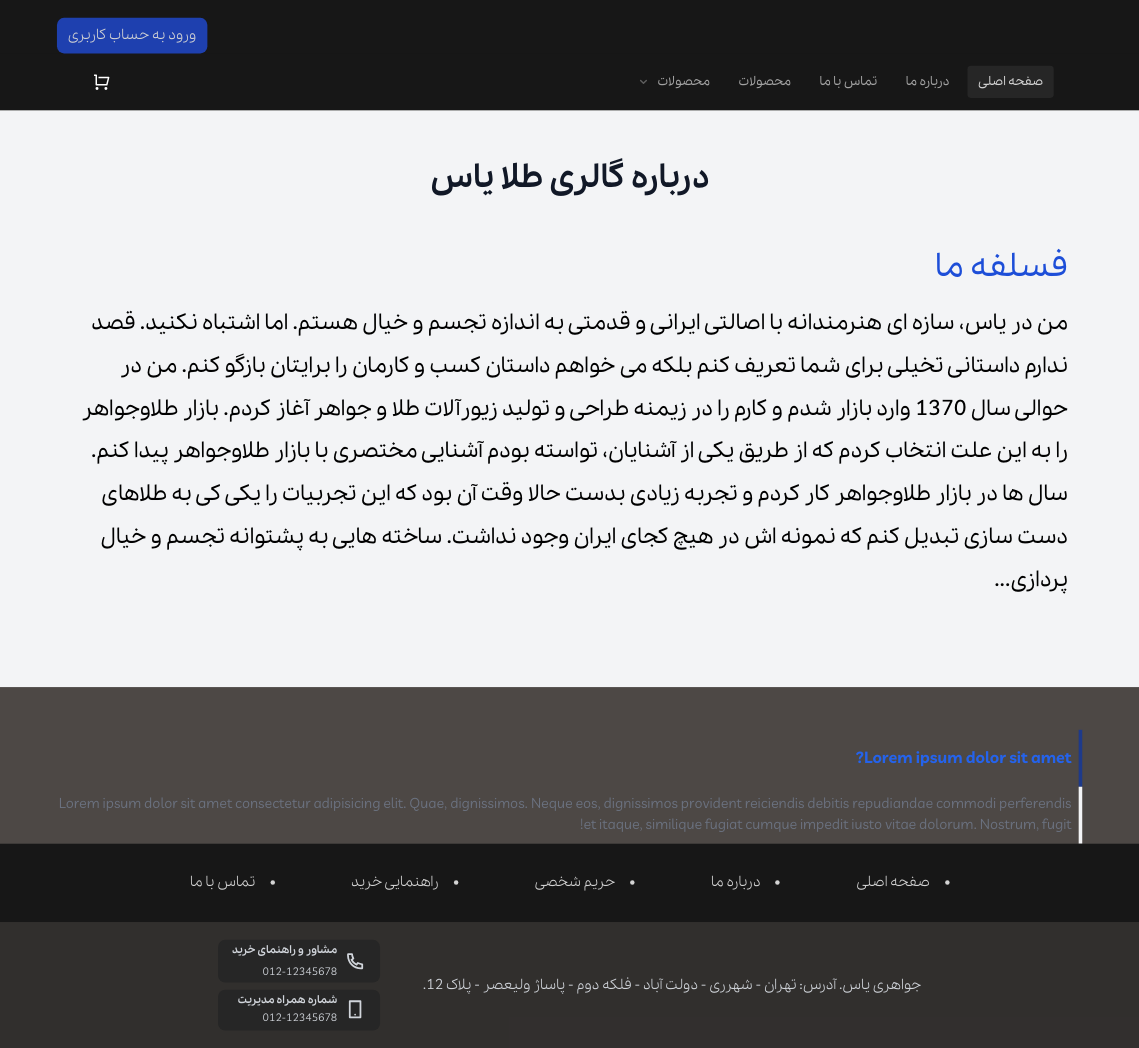
Repository: aliakbarmotallebi/yasgoldgallery-ui
Page: /about
The author's editor kept a copy of each file at every save. The page is drawn from the files as they stood at one save, then again after the next save.
The browser window is 1280 px wide. The pictures show the whole page, at 89% of full size.
The project was rebuilt for these pictures with package versions that can differ from the ones it lists, and the page was loaded fresh each time. Also part of the build but not shown: src/components/Brands.jsx, src/components/GridImages.js, src/components/SpecialComments.jsx, src/components/CardProduct.jsx, src/components/SpecialProducts.jsx, src/components/SuggestedProducts.jsx, src/pages/HomePage.jsx, src/pages/NotFound.jsx and 4 more.

Above is the page before, as saved 2023-01-16 12:19:26.

### public/index.html
<!DOCTYPE html>
<html lang="en" dir="rtl">
  <head>
    <meta charset="utf-8" />
    <link rel="icon" href="%PUBLIC_URL%/favicon.ico" />
    <meta name="viewport" content="width=device-width, initial-scale=1" />
    <meta name="theme-color" content="#000000" />
    <meta
      name="description"
      content="Web site created using create-react-app"
    />
    <link rel="apple-touch-icon" href="%PUBLIC_URL%/logo192.png" />
    <!--
      manifest.json provides metadata used when your web app is installed on a
      user's mobile device or desktop. See https://developers.google.com/web/fundamentals/web-app-manifest/
    -->
    <link rel="manifest" href="%PUBLIC_URL%/manifest.json" />
    <!--
      Notice the use of %PUBLIC_URL% in the tags above.
      It will be replaced with the URL of the `public` folder during the build.
      Only files inside the `public` folder can be referenced from the HTML.

      Unlike "/favicon.ico" or "favicon.ico", "%PUBLIC_URL%/favicon.ico" will
      work correctly both with client-side routing and a non-root public URL.
      Learn how to configure a non-root public URL by running `npm run build`.
    -->
    <title>گالری یاس</title>
  </head>
  <body>
    <noscript>You need to enable JavaScript to run this app.</noscript>
    <div id="root"></div>
    <!--
      This HTML file is a template.
      If you open it directly in the browser, you will see an empty page.

      You can add webfonts, meta tags, or analytics to this file.
      The build step will place the bundled scripts into the <body> tag.

      To begin the development, run `npm start` or `yarn start`.
      To create a production bundle, use `npm run build` or `yarn build`.
    -->
  </body>
</html>

### src/index.js
import React from 'react';
import ReactDOM from 'react-dom/client';
import './assets/styles/index.css';
import App from './App';

const root = ReactDOM.createRoot(document.getElementById('root'));
root.render(
  <React.StrictMode>
    <App />
  </React.StrictMode>
);

### src/assets/styles/index.css
@import "./fonts.css";
@tailwind base;
@tailwind components;
@tailwind utilities;


@layer base {
    body {
        @apply font-pelak;
    }
}

### src/App.js
import RouterFunction from "./Router";

function App() {
    //cart
    return (
        <RouterFunction />
    );
}
export default App;

### src/assets/styles/fonts.css
@font-face {
    /* Pelak Thin */
    font-family: "Pelak";
    font-style: normal;
    font-weight: 100;

    src:url('../fonts/pelak/eot/Pelak-Thin.eot'); /* IE9 Compat Modes */
    src:url('../fonts/pelak/eot/Pelak-Thin.eot?#iefix') format('embedded-opentype'), /* IE6-IE8 */
    url('../fonts/pelak/woff2/Pelak-Thin.woff2') format('woff2'), /* Super Modern Browsers */
    url('../fonts/pelak/woff/Pelak-Thin.woff') format('woff'), /* Pretty Modern Browsers */
    url('../fonts/pelak/ttf/Pelak-Thin.ttf') format('truetype'), /* Safari, Android, iOS */
    url('../fonts/pelak/otf/Pelak-Thin.otf') format('opentype');
}

@font-face {
    /* Pelak Light */
    font-family: "Pelak";
    font-style: normal;
    font-weight: 200;

    src:url('../fonts/pelak/eot/Pelak-light.eot');
    src:url('../fonts/pelak/eot/Pelak-light.eot') format('embedded-opentype'),
    url('../fonts/pelak/woff2/Pelak-light.woff2') format('woff2'),
    url('../fonts/pelak/woff/Pelak-light.woff') format('woff'),
    url('../fonts/pelak/ttf/Pelak-light.ttf') format('truetype'),
    url('../fonts/pelak/otf/Pelak-light.otf') format('opentype');
}

@font-face {
    /* Pelak Regular */
    font-family: "Pelak";
    font-style: normal;
    font-weight: 400;

    src:url('../fonts/pelak/eot/Pelak-Regular.eot');
    src:url('../fonts/pelak/eot/Pelak-Regular.eot') format('embedded-opentype'),
    url('../fonts/pelak/woff2/Pelak-Regular.woff2') format('woff2'),
    url('../fonts/pelak/woff/Pelak-Regular.woff') format('woff'),
    url('../fonts/pelak/ttf/Pelak-Regular.ttf') format('truetype'),
    url('../fonts/pelak/otf/Pelak-Regular.otf') format('opentype');
}

@font-face {
    /* Pelak Medium */
    font-family: "Pelak";
    font-style: normal;
    font-weight: 500;

    src:url('../fonts/pelak/eot/Pelak-Medium.eot');
    src:url('../fonts/pelak/eot/Pelak-Medium.eot') format('embedded-opentype'),
    url('../fonts/pelak/woff2/Pelak-Medium.woff2') format('woff2'),
    url('../fonts/pelak/woff/Pelak-Medium.woff') format('woff'),
    url('../fonts/pelak/ttf/Pelak-Medium.ttf') format('truetype'),
    url('../fonts/pelak/otf/Pelak-Medium.otf') format('opentype');
}

@font-face {
    /* Pelak Semi-Bold */
    font-family: "Pelak";
    font-style: normal;
    font-weight: 600;

    src:url('../fonts/pelak/eot/Pelak-SemiBold.eot');
    src:url('../fonts/pelak/eot/Pelak-SemiBold.eot') format('embedded-opentype'),
    url('../fonts/pelak/woff2/Pelak-SemiBold.woff2') format('woff2'),
    url('../fonts/pelak/woff/Pelak-SemiBold.woff') format('woff'),
    url('../fonts/pelak/ttf/Pelak-SemiBold.ttf') format('truetype'),
    url('../fonts/pelak/otf/Pelak-SemiBold.otf') format('opentype');
}

@font-face {
    /* Pelak Bold */
    font-family: "Pelak";
    font-style: normal;
    font-weight: 700;

    src:url('../fonts/pelak/eot/Pelak-Bold.eot');
    src:url('../fonts/pelak/eot/Pelak-Bold.eot') format('embedded-opentype'),
    url('../fonts/pelak/woff2/Pelak-Bold.woff2') format('woff2'),
    url('../fonts/pelak/woff/Pelak-Bold.woff') format('woff'),
    url('../fonts/pelak/ttf/Pelak-Bold.ttf') format('truetype'),
    url('../fonts/pelak/otf/Pelak-Bold.otf') format('opentype');
}

@font-face {
    /* Pelak Extra-Bold */
    font-family: "Pelak";
    font-style: normal;
    font-weight: 800;

    src:url('../fonts/pelak/eot/Pelak-ExtraBold.eot');
    src:url('../fonts/pelak/eot/Pelak-ExtraBold.eot') format('embedded-opentype'),
    url('../fonts/pelak/woff2/Pelak-ExtraBold.woff2') format('woff2'),
    url('../fonts/pelak/woff/Pelak-ExtraBold.woff') format('woff'),
    url('../fonts/pelak/ttf/Pelak-ExtraBold.ttf') format('truetype'),
    url('../fonts/pelak/otf/Pelak-ExtraBold.otf') format('opentype');
}

@font-face {
    /* Pelak Black */
    font-family: "Pelak";
    font-style: normal;
    font-weight: 900;

    src:url('../fonts/pelak/eot/Pelak-Black.eot');
    src:url('../fonts/pelak/eot/Pelak-Black.eot') format('embedded-opentype'),
    url('../fonts/pelak/woff2/Pelak-Black.woff2') format('woff2'),
    url('../fonts/pelak/woff/Pelak-Black.woff') format('woff'),
    url('../fonts/pelak/ttf/Pelak-Black.ttf') format('truetype'),
    url('../fonts/pelak/otf/Pelak-Black.otf') format('opentype');
}

### src/components/Layout.jsx
import Footer from "./Footer";
import Header from "./Header";

const Layout = ({children}) => {
    return (
        <>
            <div
                className="flex flex-col mx-auto w-full min-h-screen bg-[#4d4845] text-neutral-300">
                <Header />
                <main className="flex-grow">
                    {children}
                </main>
                <Footer />
            </div>
        </>
    );
}
export default Layout;

### src/pages/AboutPage.jsx
const AboutPage = () => {
    return (
        <>
            <div className="bg-gray-100 px-4 xl:px-4 py-14">
                <div className="mx-auto container text-center">
                     <h2 className="text-4xl font-bold text-gray-900">
                         درباره گالری طلا یاس
                     </h2>
                </div>

                <div className="text-2xl text-black tracking-normal px-16 py-10 font-medium leading-loose">
                    <h3 className="font-medium text-4xl py-5 text-blue-700">
                        فسلفه ما
                    </h3>

                    من در یاس، سازه ای هنرمندانه با اصالتی ایرانی و قدمتی به اندازه تجسم و خیال هستم. اما اشتباه نکنید.
                    قصد ندارم داستانی تخیلی برای شما تعریف کنم بلکه می خواهم داستان کسب و کارمان را برایتان بازگو کنم.
                     من در حوالی سال 1370 وارد بازار شدم و کارم را در زیمنه طراحی و تولید زیورآلات طلا و جواهر آغاز کردم.
                     بازار طلاوجواهر را به این علت انتخاب کردم که از طریق یکی از آشنایان، تواسته بودم آشنایی مختصری با بازار طلاوجواهر پیدا کنم.
                     سال ها در بازار طلاوجواهر کار کردم و تجربه زیادی بدست
                     حالا وقت آن بود که این تجربیات را یکی کی به طلاهای دست سازی تبدیل کنم که نمونه اش در هیچ کجای ایران وجود نداشت.
                     ساخته هایی به پشتوانه تجسم و خیال پردازی...

                </div>
            </div>

            <div class="space-y-12 px-2 xl:px-16 mt-12">
                <div class="mt-4 flex gap-2">
                    <div>
                        <div class="flex items-center h-16 border-l-4 border-blue-900"></div>
                        <div class="flex items-center h-16 border-l-4 border-gray-100"></div>
                    </div>
                    <div>
                        <div class="flex items-center h-16">
                            <span class="text-lg text-blue-600 font-bold">Lorem ipsum dolor sit amet?</span>
                        </div>
                        <div class="flex items-center py-2">
                            <span class="text-gray-500">Lorem ipsum dolor sit amet consectetur adipisicing elit. Quae, dignissimos. Neque eos, dignissimos provident reiciendis debitis repudiandae commodi perferendis et itaque, similique fugiat cumque impedit iusto vitae dolorum. Nostrum, fugit!</span>

                        </div>
                    </div>
                </div>

            </div>
        </>
    );
}

export default AboutPage;

### src/components/Footer.jsx
const Footer = () => {
    return (
        <>
            <footer>
                <div className="bg-neutral-900">
                    <div className="md:w-10/12 lg:w-8/12 m-auto py-8">
                        <ul class="flex flex-wrap items-center justify-between md:flex-nowrap list-disc list-inside">
                            <li>
                                <a href="#" class="hover:text-sky-400 transition whitespace-nowrap">صفحه اصلی</a>
                            </li>
                            <li>
                                <a href="#" class="hover:text-sky-400 transition whitespace-nowrap">
                                    درباره ما
                                </a>
                            </li>
                            <li>
                                <a href="#" class="hover:text-sky-400 transition whitespace-nowrap">
                                    حریم شخصی
                                </a>
                            </li>
                            <li>
                                <a href="#" class="hover:text-sky-400 transition whitespace-nowrap">
                                    راهنمایی خرید
                                </a>
                            </li>
                            <li>
                                <a href="#" class="hover:text-sky-400 transition whitespace-nowrap">تماس با ما</a>
                            </li>
                        </ul>
                    </div>
                </div>

                <div className="bg-neutral-900/50">
                    <div>
                        <div class="flex flex-wrap items-center justify-between md:flex-nowrap">
                            <div class="w-full space-x-12 items-center space-x-reverse flex justify-center text-gray-300 py-5">
                                <div>
                                    جواهری یاس. آدرس: تهران - شهرری - دولت آباد - فلکه دوم - پاساژ ولیعصر - پلاک 12.
                                </div>

                                <ul role="list" class="space-y-2">
                                    <li className="bg-neutral-800 rounded-lg px-4 py-1">
                                        <div className="inline-flex items-center space-x-2 space-x-reverse">
                                            <svg xmlns="http://www.w3.org/2000/svg" class="fill-current" viewBox="0 0 24 24" width="24" height="24"><path fill="none" d="M0 0h24v24H0z" /><path d="M9.366 10.682a10.556 10.556 0 0 0 3.952 3.952l.884-1.238a1 1 0 0 1 1.294-.296 11.422 11.422 0 0 0 4.583 1.364 1 1 0 0 1 .921.997v4.462a1 1 0 0 1-.898.995c-.53.055-1.064.082-1.602.082C9.94 21 3 14.06 3 5.5c0-.538.027-1.072.082-1.602A1 1 0 0 1 4.077 3h4.462a1 1 0 0 1 .997.921A11.422 11.422 0 0 0 10.9 8.504a1 1 0 0 1-.296 1.294l-1.238.884zm-2.522-.657l1.9-1.357A13.41 13.41 0 0 1 7.647 5H5.01c-.006.166-.009.333-.009.5C5 12.956 11.044 19 18.5 19c.167 0 .334-.003.5-.01v-2.637a13.41 13.41 0 0 1-3.668-1.097l-1.357 1.9a12.442 12.442 0 0 1-1.588-.75l-.058-.033a12.556 12.556 0 0 1-4.702-4.702l-.033-.058a12.442 12.442 0 0 1-.75-1.588z" /></svg>
                                            <div className="text-xs text-white-200">
                                                <div className="font-bold mb-2">
                                                    مشاور و راهنمای خرید
                                                </div>
                                                012-12345678
                                            </div>
                                        </div>
                                    </li>
                                    <li className="bg-neutral-800 rounded-lg px-4 py-1">
                                        <div className="inline-flex items-center space-x-2 space-x-reverse">
                                            <svg xmlns="http://www.w3.org/2000/svg" class="fill-current" viewBox="0 0 24 24" width="24" height="24"><path fill="none" d="M0 0h24v24H0z" /><path d="M7 4v16h10V4H7zM6 2h12a1 1 0 0 1 1 1v18a1 1 0 0 1-1 1H6a1 1 0 0 1-1-1V3a1 1 0 0 1 1-1zm6 15a1 1 0 1 1 0 2 1 1 0 0 1 0-2z" /></svg>
                                            <div className="text-xs text-white-200">
                                                <div className="font-bold mb-1">
                                                    شماره همراه مدیریت
                                                </div>
                                                012-12345678
                                            </div>
                                        </div>
                                    </li>
                                </ul>
                            </div>
                        </div>
                    </div>
                </div>

            </footer>
        </>
        );
    };
export default Footer;

### src/components/Header.jsx
import React, { useState } from "react";
import { Link } from "react-router-dom";
import Modal from "./Modal";

const Header = ({ children }) => {
  const [showModal, setShowModal] = useState(false);

  const openModal = () => {
    setShowModal((prev) => !prev);
  };

  return (
    <>
      <div className="bg-neutral-900 w-full">
        <div className="flex justify-between container xl:max-w-6xl mx-auto pt-5 flex-none items-center">
          <div className="w-8 h-5"></div>

          <div>
            <button
              onClick={openModal}
              className="inline-flex rounded-lg bg-blue-800 px-3 py-2"
            >
              ورود به حساب کاربری
            </button>
            <Modal
              showModal={showModal}
              setShowModal={setShowModal}
              title="ورود به حساب کاربری"
            >
              <div class="px-8 py-5 text-right text-gray-900">
              <div class="flex justify-center">

              <svg xmlns="http://www.w3.org/2000/svg" class="w-20 h-20 fill-blue-600" viewBox="0 0 24 24" width="24" height="24"><path fill="none" d="M0 0h24v24H0z"/><path d="M10 11V8l5 4-5 4v-3H1v-2h9zm-7.542 4h2.124A8.003 8.003 0 0 0 20 12 8 8 0 0 0 4.582 9H2.458C3.732 4.943 7.522 2 12 2c5.523 0 10 4.477 10 10s-4.477 10-10 10c-4.478 0-8.268-2.943-9.542-7z"/></svg>

        </div>
                <h3 class="text-2xl font-bold text-center">
                ورود به حساب کاربری
                </h3>

                <div class="mt-4">
                  <div>
                    <label class="block" for="email">
                      نام کاربری
                    </label>
                    <input
                      type="text"
                      class="w-full px-4 py-2 mt-2 border rounded-md focus:outline-none focus:ring-1 focus:ring-blue-600"
                    />
                  </div>
                  <div class="mt-4">
                    <label class="block">
                      گذرواژه
                    </label>
                    <input
                      type="password"
                      class="w-full px-4 py-2 mt-2 border rounded-md focus:outline-none focus:ring-1 focus:ring-blue-600"
                    />
                  </div>
                  <div class="flex items-baseline justify-between">
                    <button class="px-6 py-2 mt-4 text-white bg-blue-600 rounded-lg hover:bg-blue-900">
                      ورود به حساب
                    </button>
                    <button onClick={openModal} class="text-sm text-gray-700 underline">
                      انصراف
                    </button>
                  </div>
                </div>
              </div>
            </Modal>
          </div>
        </div>
        <header className="flex flex-none items-center h-16 bg-neutral-900 shadow-sm top-0 right-0 left-0 z-30">
          <div className="flex justify-between container xl:max-w-6xl mx-auto px-4 lg:px-8">
            <div class="flex items-center space-x-2 space-x-reverse">
              <nav className="hidden lg:flex lg:items-center lg:space-x-2 text-sm lg:space-x-reverse">
                <a
                  href="/"
                  className="font-medium flex items-center space-x-2 px-3 py-2 rounded text-neutral-300 bg-neutral-800"
                >
                  صفحه اصلی
                </a>
                <a
                  href="/about"
                  className="font-medium flex items-center space-x-2 px-3 py-2 rounded text-neutral-400 hover:text-neutral-300 hover:bg-neutral-800"
                >
                  درباره ما
                </a>
                <a
                  href="javascript:void(0)"
                  className="font-medium flex items-center space-x-2 px-3 py-2 rounded text-neutral-400 hover:text-neutral-300 hover:bg-neutral-800"
                >
                  تماس با ما
                </a>
                <a
                  href="/products"
                  className="font-medium flex items-center space-x-2 px-3 py-2 rounded text-neutral-400 hover:text-neutral-300 hover:bg-neutral-800"
                >
                  محصولات
                </a>
                <button
                  type="button"
                  class="text-sm font-medium inline-flex justify-center items-center space-x-2 space-x-reverse px-3 py-2 rounded text-neutral-400 hover:text-neutral-300 hover:bg-neutral-800 focus:outline-none focus:ring"
                  id="tk-dropdown-layouts-user"
                >
                  <span>محصولات</span>
                  <svg
                    class="hi-solid hi-chevron-down inline-block w-4 h-4 opacity-50"
                    fill="currentColor"
                    viewBox="0 0 20 20"
                    xmlns="http://www.w3.org/2000/svg"
                  >
                    <path
                      fill-rule="evenodd"
                      d="M5.293 7.293a1 1 0 011.414 0L10 10.586l3.293-3.293a1 1 0 111.414 1.414l-4 4a1 1 0 01-1.414 0l-4-4a1 1 0 010-1.414z"
                      clip-rule="evenodd"
                    ></path>
                  </svg>
                </button>
              </nav>
            </div>

            <div>
              <div class="relative inline-block">
                <button class="py-2 rounded px-2 hover:bg-white/20 transition duration-200 text-white">
                  <svg
                    xmlns="http://www.w3.org/2000/svg"
                    class="w-5 h-5 fill-current"
                    viewBox="0 0 24 24"
                    width="24"
                    height="24"
                  >
                    <path fill="none" d="M0 0h24v24H0z" />
                    <path d="M4 16V4H2V2h3a1 1 0 0 1 1 1v12h12.438l2-8H8V5h13.72a1 1 0 0 1 .97 1.243l-2.5 10a1 1 0 0 1-.97.757H5a1 1 0 0 1-1-1zm2 7a2 2 0 1 1 0-4 2 2 0 0 1 0 4zm12 0a2 2 0 1 1 0-4 2 2 0 0 1 0 4z" />
                  </svg>
                </button>
              </div>
            </div>
          </div>
        </header>
      </div>
    </>
  );
};

export default Header;

### src/components/Modal.jsx
import React, { useRef, useEffect, useCallback } from "react";

const Modal = ({ title, showModal, setShowModal, children }) => {
  const keyPress = useCallback(
    (e) => {
      if (e.key === "Escape" && showModal) {
        setShowModal(false);
        console.log("I pressed");
      }
    },
    [setShowModal, showModal]
  );

  useEffect(() => {
    document.addEventListener("keydown", keyPress);
    return () => document.removeEventListener("keydown", keyPress);
  }, [keyPress]);

  return (
    <>
      {showModal ? (
        <div onClick={() => setShowModal(false) }className="fixed top-0 left-0 right-0 z-50 w-full p-4 overflow-x-hidden overflow-y-auto md:inset-0 h-modal md:h-full bg-black/90">
          <div className="flex justify-center items-center h-full">
            <div className="relative w-full h-full max-w-2xl md:h-auto">
              <div className="relative bg-white rounded-lg shadow dark:bg-gray-700">
                <div className="p-6 space-y-6">{children}</div>
              </div>
            </div>
          </div>
        </div>
      ) : null}
    </>
  );
};

export default Modal;

### tailwind.config.js
/** @type {import('tailwindcss').Config} */

module.exports = {
  content: [
    "./src/**/*.{js,jsx,ts,tsx}",
  ],
  theme: {
    extend: {
      fontFamily: {
        'pelak': ['Pelak'],
      }
    }
  },
  plugins: [],
}

Loaded but not shown: src/Router.js (25 lines, source omitted)

After the next save:
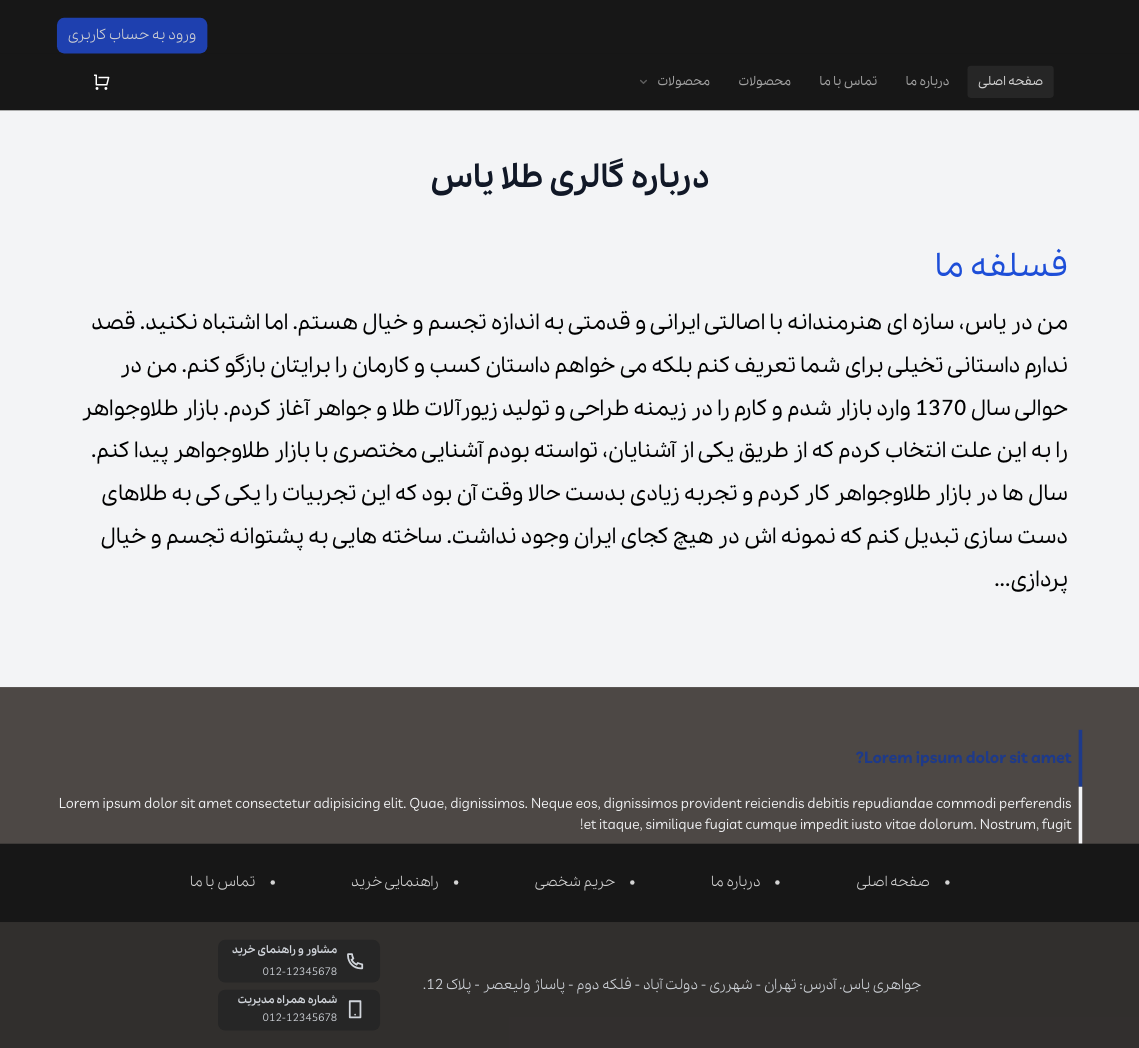
Saved 11 s later.
--- a/src/pages/AboutPage.jsx
+++ b/src/pages/AboutPage.jsx
@@ -32,10 +32,10 @@ const AboutPage = () => {
                     </div>
                     <div>
                         <div class="flex items-center h-16">
-                            <span class="text-lg text-blue-600 font-bold">Lorem ipsum dolor sit amet?</span>
+                            <span class="text-lg text-blue-900 font-bold">Lorem ipsum dolor sit amet?</span>
                         </div>
                         <div class="flex items-center py-2">
-                            <span class="text-gray-500">Lorem ipsum dolor sit amet consectetur adipisicing elit. Quae, dignissimos. Neque eos, dignissimos provident reiciendis debitis repudiandae commodi perferendis et itaque, similique fugiat cumque impedit iusto vitae dolorum. Nostrum, fugit!</span>
+                            <span class="text-gray-100">Lorem ipsum dolor sit amet consectetur adipisicing elit. Quae, dignissimos. Neque eos, dignissimos provident reiciendis debitis repudiandae commodi perferendis et itaque, similique fugiat cumque impedit iusto vitae dolorum. Nostrum, fugit!</span>
 
                         </div>
                     </div>
